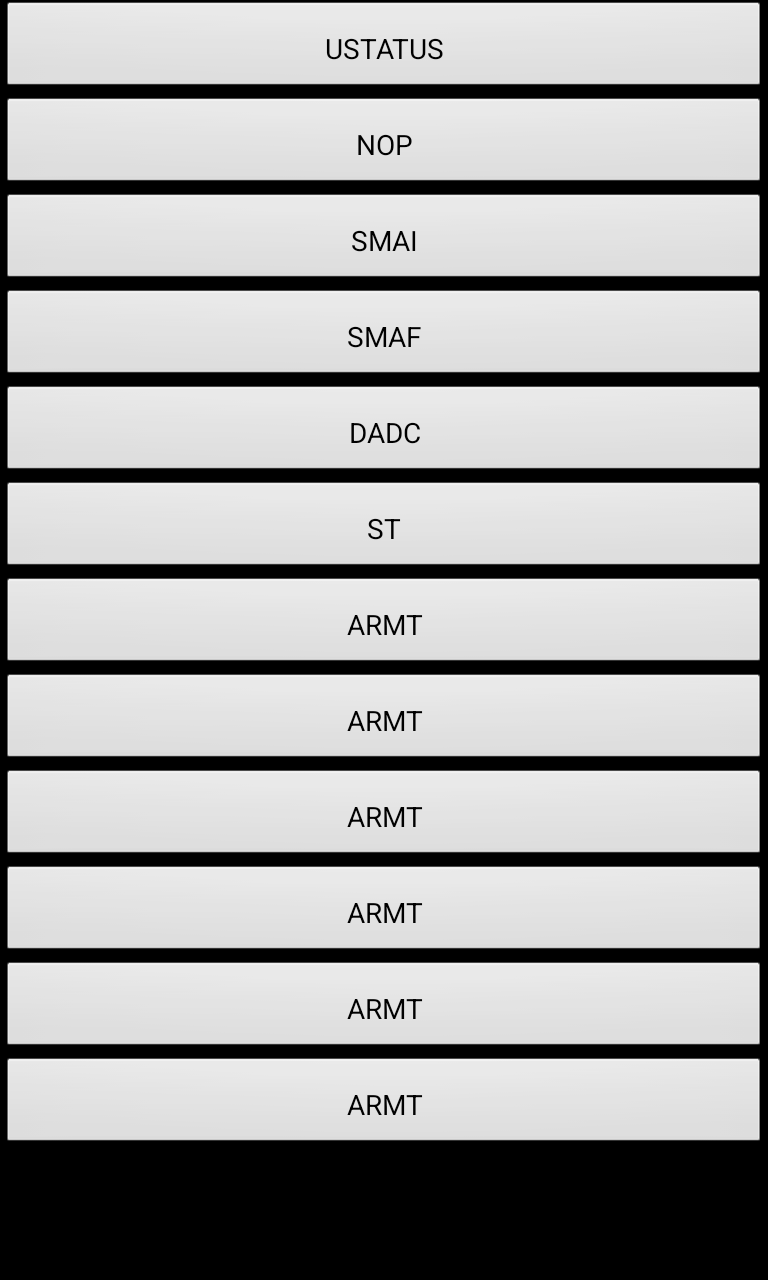
Repository: sergioenriquez/CSTE
Layout: HNAD/res/layout/devcmdtab.xml
These files come from the project's save history. The layout is drawn as it stood at one moment and after a run of saves; the edit follows.
It is drawn on a 768 x 1280 px phone screen (xhdpi) without system bars, with theme android:Theme.NoTitleBar; the app's code is not run.

Above is the layout before, as saved 2011-12-19 06:48:10.

After the next 2 saves:
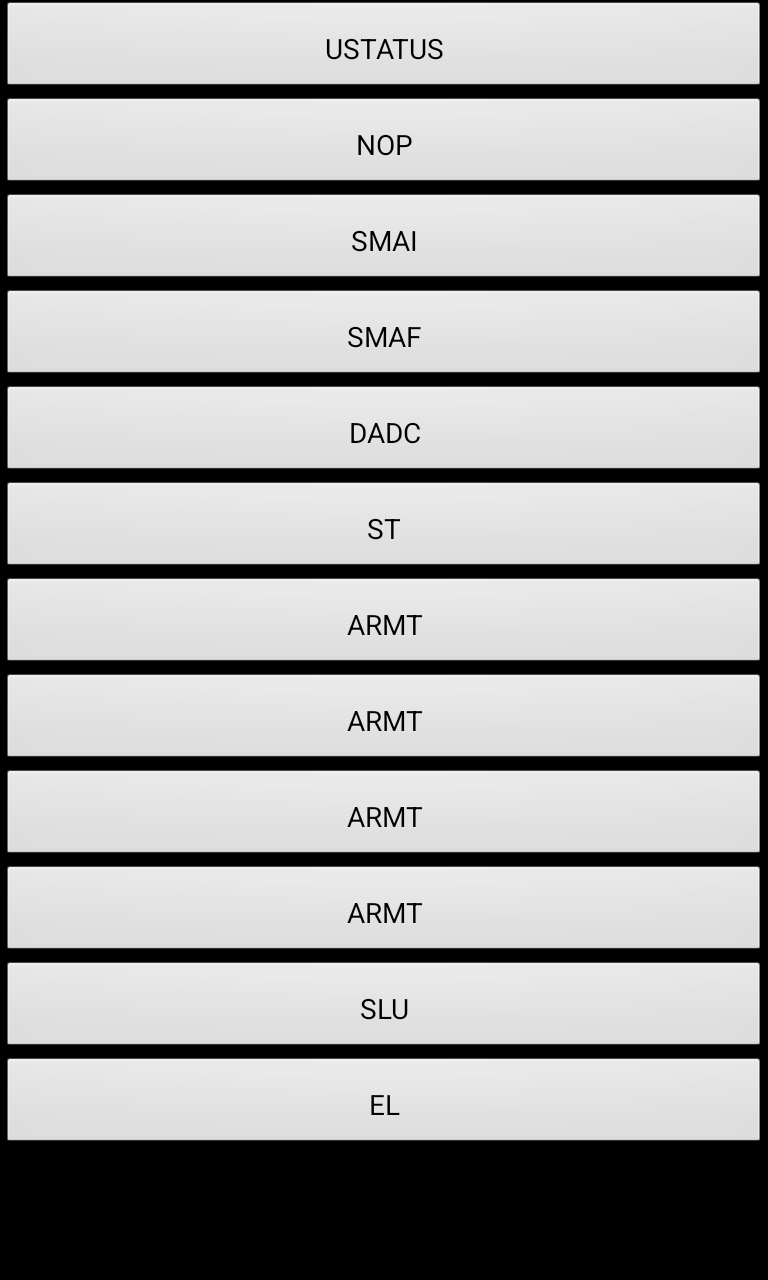
The 2 saves are shown as one change because they came seconds apart.
The last was saved 7 s later.
--- a/HNAD/res/layout/devcmdtab.xml
+++ b/HNAD/res/layout/devcmdtab.xml
@@ -75,14 +75,14 @@
        android:padding="12dp"
        android:gravity="center" />
     <Button
-       android:text="ARMT"
+       android:text="SLU"
        android:layout_height="wrap_content"
        android:layout_width="match_parent"
        android:layout_gravity="right"
        android:padding="12dp"
        android:gravity="center" />
     <Button
-       android:text="ARMT"
+       android:text="EL"
        android:layout_height="wrap_content"
        android:layout_width="match_parent"
        android:layout_gravity="right"
